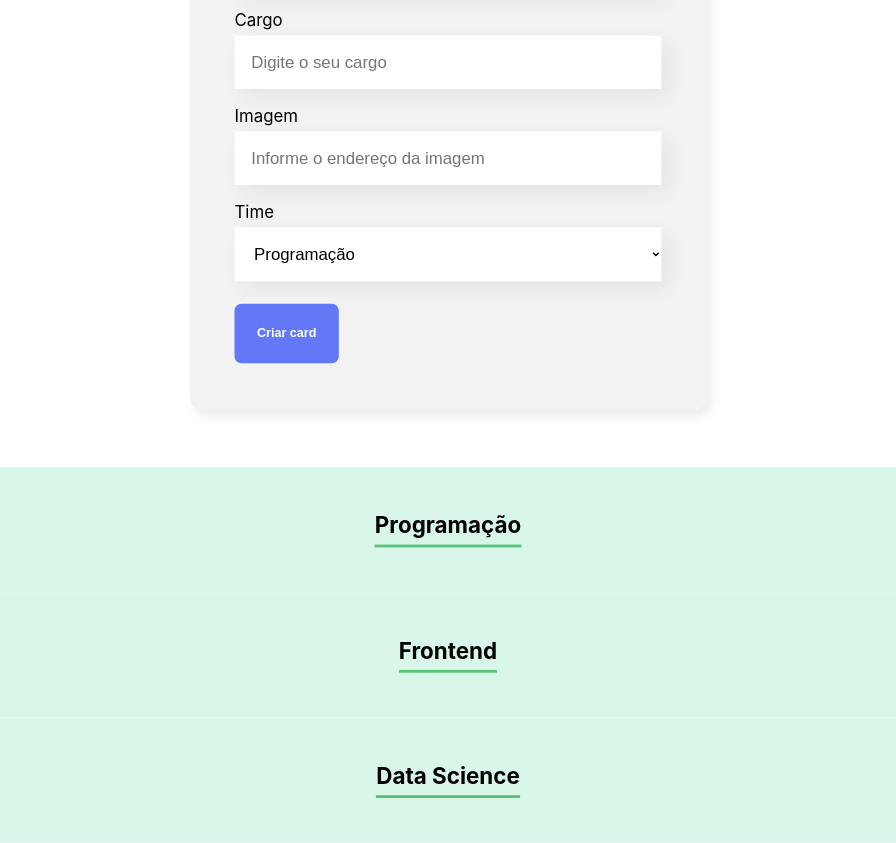
Repository: devMuriloOliveira/organo
Page: /
An editor plug-in stored every save of this project. The page is shown before and after a run of saves, followed by the edit.
The browser window is 1280 px wide. The pictures show the part of the page from y = 810 to 2730 px (the page is 2014 px tall before and 2730 px after), at 70% of full size.
The project was rebuilt for these pictures with package versions that can differ from the ones it lists, and the page was loaded fresh each time.

Above is the page before, as saved 2023-01-13 15:43:15.

### src/App.js

import { useState } from 'react'
import Banner from './componentes/Banner/Banner'
import Formulario from './componentes/Formulario'
import Time from './componentes/Time'


function App() {

  const times = [
    {
      nome: 'Programação',
      corPrimaria: '#57C278',
      corSecundaria: '#D9F7E9'
    },
    {
      nome: 'Front-End',
      corPrimaria: '#82CFFA',
      corSecundaria: '#E8F8FF'
    },
    {
      nome: 'Data Science',
      corPrimaria: '#A6D157',
      corSecundaria: '#F0F8E2'
    },
    {
      nome: 'Devops',
      corPrimaria: '#E06B69',
      corSecundaria: '#FDE7E8'
    },
    {
      nome: 'UX e Design',
      corPrimaria: '#DB6EBF',
      corSecundaria: '#FAE9F5'
    },
    {
      nome: 'Mobile',
      corPrimaria: '#FFBA05',
      corSecundaria: '#FFF5D9'
    },
    {
      nome: 'Inovação e Gestão',
      corPrimaria: '#FF8A29',
      corSecundaria: '#FFEEDF'
    }

  ]

  const [colaboradores, setColaboradores] = useState([])

  const aoNovoColaboradorAdicionado = (colaborador) => {
    console.log(colaborador)
    setColaboradores([...colaboradores, colaborador])
  }

  return (
    <div className="App">
      <Banner/>
      <Formulario aoColaboradorCadastrado={colaborador => aoNovoColaboradorAdicionado(colaborador)} />
      <Time nome="Programação"/>
      <Time nome="Frontend"/>
      <Time nome="Data Science"/>



    </div>
  )
}

export default App

### src/componentes/Banner/Banner.js
import './Banner.css'

function Banner() {
  return (
    <header className="banner">
      <img src="/imagens/banner.png" alt="O banner principal da pagina Organo"/>
    </header>


    )

}

export default Banner

### src/componentes/Formulario/index.js
import { useState } from 'react'
import Botao from '../Botao'
import CampoTexto from '../CampoTexto'
import ListaSuspensa from '../ListaSuspensa'
import './Formulario.css'

const Formulario = (props) =>{

    const times = [
      'Programação',
      'Front-End',
      'Data Science',
      'Devops',
      'UX e Design',
      'Mobile',
      'Inovação e Gestão'
    ]

    const [nome, setNome] = useState('')
    const [cargo, setCargo] = useState('')
    const [imagem, setImagem] = useState('')
    const [time, setTime] = useState('')



    const aoSalvar = (evento) => {
      evento.preventDefault()
      props.aoColaboradorCadastrado({
        nome,
        cargo,
        imagem,
        time
      })
    }

  return(

    <section className='formulario'>
      <form onSubmit={aoSalvar}>
        <h2>Preencha os dados para criar o card do colaborador.</h2>
      <CampoTexto
      obrigatorio={true}
      label="Nome"
      placeholder="Digite o seu nome"
      valor={nome}
      aoAuterado={valor => setNome(valor)}/>

      <CampoTexto
      obrigatorio={true}
      label="Cargo"
      placeholder="Digite o seu cargo"
      valor={cargo}
      aoAuterado={valor => setCargo(valor)}/>

      <CampoTexto
       label="Imagem"
       placeholder="Informe o endereço da imagem"
       valor={imagem}
       aoAuterado={valor => setImagem(valor)}/>
      <ListaSuspensa
      obrigatorio={true}
      label="Time"
       itens={times}
       valor={time}
       aoAuterado={valor => setTime(valor)}/>
      <Botao>
        Criar card
      </Botao>
      </form>
    </section>
  )
}

export default Formulario

### src/componentes/Time/index.js
import './Time.css'

const Time = (props) => {
  return(
    <section className='time'>
      <h3>{props.nome}</h3>
    </section>
  )
}

export default Time

### src/componentes/Banner/Banner.css
.banner {
  background-color: #6278F7;
  text-align: center;
}

.banner img {
  max-width: 100%;
}

### src/componentes/Botao/index.js
import './Botao.css'

const Botao = (props) =>{
  return(
      <button className='botao'>
        {props.children}
      </button>
  )
}

export default Botao

### src/componentes/CampoTexto/index.js
import './CampoTexto.css'

const CampoTexto = (props) =>{



  const aiDigitado = (evento) =>{
  props.aoAuterado(evento.target.value)
}

  return(
    <div className="campo-texto">
      <label>{props.label}</label>
      <input value={props.valor} onChange={aiDigitado} required={props.obrigatorio} placeholder={props.placeholder}/>
    </div>
  )
}

export default CampoTexto

### src/componentes/ListaSuspensa/index.js
import './ListaSuspensa.css'

const ListaSuspensa = (props) => {
  return(
    <div className='lista-suspensa'>
        <label>{props.label}</label>
        <select onChange={evento => props.aoAuterado(evento.target.value)} required={props.required} value={props.value}>
          {props.itens.map(item => {
            return <option key={item}>{item}</option>
          })}
        </select>
    </div>
  )
}

export default ListaSuspensa

### src/componentes/Formulario/Formulario.css
.formulario {
  display: flex;
  justify-content: center;
  margin: 80px 0;
}

.formulario form {
  max-width: 80%;
  background-color: #f2f2f2;
  border-radius: 20px;
  padding: 36px 64px;
  box-shadow: 8px 8px 16px rgba(0, 0, 0, 0.08);
}

### src/componentes/Time/Time.css
.time {
  text-align: center;
  padding: 32px;
  background-color: #D9F7E9;
}

.time h3 {
  font-size: 32px;
  border-bottom: 4px solid #57C278;
  display: inline-block;
  padding-bottom: 8px;
}

### src/componentes/Botao/Botao.css
.botao {
  background-color: #6278F7;
  border-radius: 10px;
  font-weight: 700;
  font-size: 18px;
  padding: 32px;
  border: none;
  cursor: pointer;
  color: #fff;
  margin: 32px 0;
}

.botao:hover {
  color: #95ffd4;
}

### src/componentes/CampoTexto/CampoTexto.css
.campo-texto {
  margin: 24px 0;
}

.campo-texto label {
  display: block;
  margin-bottom: 8px;
  font-size: 24px;
}

.campo-texto input {
  background-color: #fff;
  box-shadow: 10px 10px 30px rgba(0, 0, 0, 0.06);
  width: 100%;
  border: none;
  font-size: 24px;
  padding: 24px;
  box-sizing: border-box;
}

### src/componentes/ListaSuspensa/ListaSuspensa.css
.lista-suspensa label {
  display: block;
  margin-bottom: 8px;
  font-size: 24px;
}

.lista-suspensa select {
  background-color: #fff;
  box-shadow: 10px 10px 30px rgba(0, 0, 0, 0.06);
  width: 100%;
  border: none;
  font-size: 24px;
  padding: 24px;
  box-sizing: border-box;
}

Loaded but not shown: public/index.html (common file); src/index.js (common file); src/index.css (common file)

After the next 4 saves:
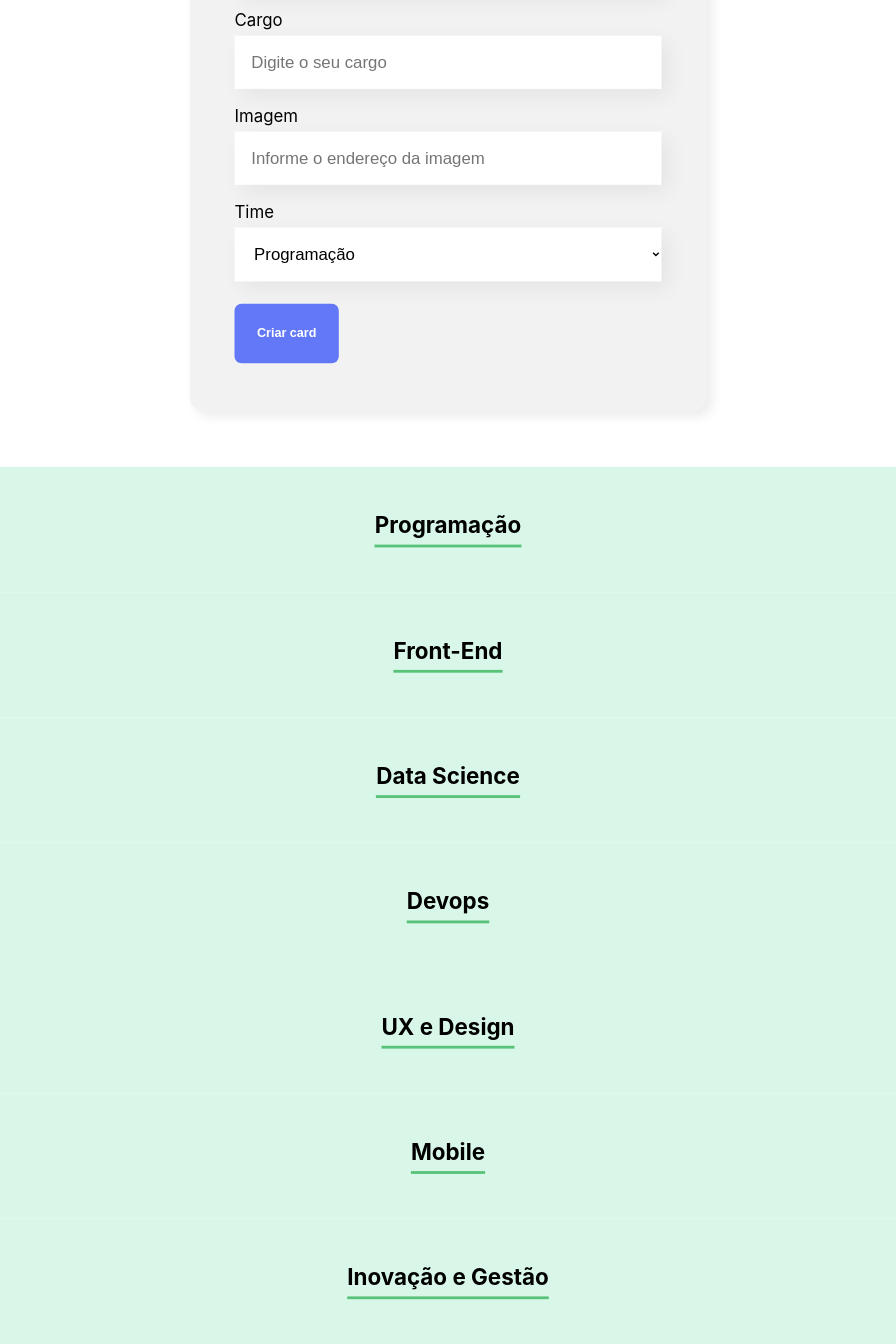
The 4 saves are shown as one change because 3 did not build or start.
The last was saved 2 min 40 s later.
--- a/src/App.js
+++ b/src/App.js
@@ -57,11 +57,7 @@ function App() {
     <div className="App">
       <Banner/>
       <Formulario aoColaboradorCadastrado={colaborador => aoNovoColaboradorAdicionado(colaborador)} />
-      <Time nome="Programação"/>
-      <Time nome="Frontend"/>
-      <Time nome="Data Science"/>
-
-
+      {times.map(time => <Time nome={time.nome}/>)}
 
     </div>
   )
